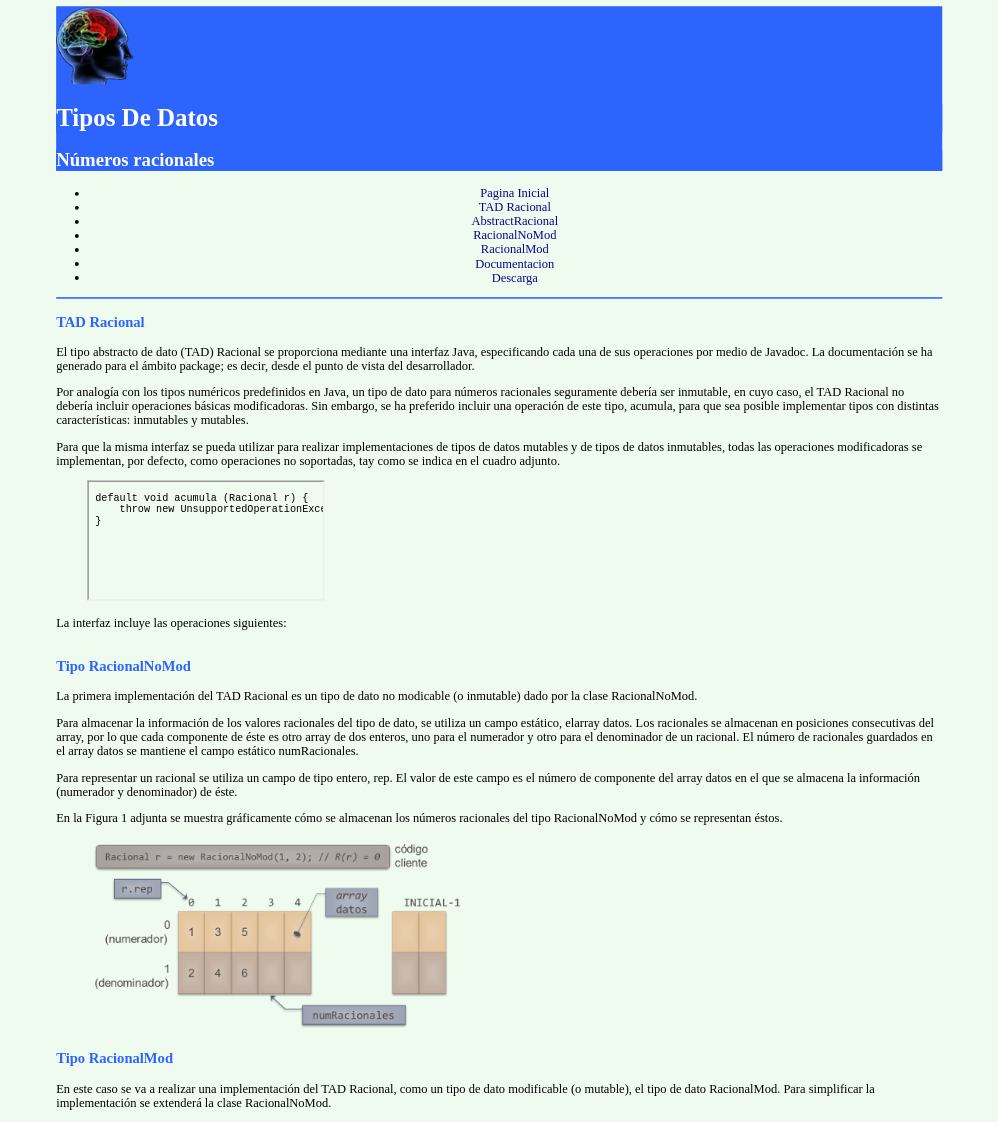
Repository: dgsama/Curso17
Page: SEW/WorkSpace/Practica02/html/index.html
The author's editor kept a copy of each file at every save. The page is drawn from the files as they stood at one save, then again after the next save.
The browser window is 1280 px wide. The pictures show the whole page, at 78% of full size.

Above is the page before, as saved 2016-10-05 10:42:35.

### SEW/WorkSpace/Practica02/html/index.html
<!DOCTYPE html>
<html lang="es">
<head>
<meta http-equiv="Content-Type" content="text/html; charset=utf8">
<link rel="stylesheet" type="text/css" href="css/estDatos.css">

<title>Tipo de Datos</title>
</head>
<body>
    <header>
        <img src="..\logo.png"> </img>
        <h1>Tipos De Datos</h1>
        <h2>Números racionales</h2>
    </header>

    <nav>
        <ul>
            <li><a href="index.html">Pagina Inicial</a></li>
            <li><a href="Racional.html">TAD Racional</a></li>
            <li><a href="AbstractRacional.html">AbstractRacional</a></li>
            <li><a href="RacionalNoMod.html">RacionalNoMod</a></li>
            <li><a href="RacionalMod.html">RacionalMod</a></li>
            <li><a href="Documentacion.html">Documentacion</a></li>
            <li><a href="Racionales.zip">Descarga</a></li>
        </ul>
    </nav>

    <section>
        <h3>TAD Racional</h3>
        <p>El tipo abstracto de dato (TAD) Racional se proporciona
            mediante una interfaz Java, especificando cada una de sus
            operaciones por medio de Javadoc. La documentación se ha
            generado para el ámbito package; es decir, desde el punto de
            vista del desarrollador.</p>
        <p>Por analogía con los tipos numéricos predefinidos en
            Java, un tipo de dato para números racionales seguramente
            debería ser inmutable, en cuyo caso, el TAD Racional no
            debería incluir operaciones básicas modificadoras. Sin
            embargo, se ha preferido incluir una operación de este tipo,
            acumula, para que sea posible implementar tipos con
            distintas características: inmutables y mutables.</p>
        <P>Para que la misma interfaz se pueda utilizar para
            realizar implementaciones de tipos de datos mutables y de
            tipos de datos inmutables, todas las operaciones
            modificadoras se implementan, por defecto, como operaciones
            no soportadas, tay como se indica en el cuadro adjunto.</p>

        <figure>
            <iframe src="..\noSoportado.html"> </iframe>
        </figure>

        <p>La interfaz incluye las operaciones siguientes:</p>
        <figure>
            <table>
            </table>
        </figure>

        <h3>Tipo RacionalNoMod</h3>
        <p>La primera implementación del TAD Racional es un tipo de
            dato no modicable (o inmutable) dado por la clase
            RacionalNoMod.</p>
        <p>Para almacenar la información de los valores racionales
            del tipo de dato, se utiliza un campo estático, elarray
            datos. Los racionales se almacenan en posiciones
            consecutivas del array, por lo que cada componente de éste
            es otro array de dos enteros, uno para el numerador y otro
            para el denominador de un racional. El número de racionales
            guardados en el array datos se mantiene el campo estático
            numRacionales.</p>
        <p>Para representar un racional se utiliza un campo de tipo
            entero, rep. El valor de este campo es el número de
            componente del array datos en el que se almacena la
            información (numerador y denominador) de éste.</p>
        <p>En la Figura 1 adjunta se muestra gráficamente cómo se
            almacenan los números racionales del tipo RacionalNoMod y
            cómo se representan éstos.</p>
        <figure>
            <img src="..\areaDatos.png">
        </figure>

        <h3>Tipo RacionalMod</h3>
        <p>En este caso se va a realizar una implementación del TAD
            Racional, como un tipo de dato modificable (o mutable), el
            tipo de dato RacionalMod. Para simplificar la implementación
            se extenderá la clase RacionalNoMod.</p>
    </section>


</body>

</html>

### SEW/WorkSpace/Practica02/html/css/estDatos.css
@charset "UTF-8";

#code iframe {
    width: 100%;
    height: 650px;
}

html {
    width: 90%;
    margin: auto;
    background-color: #EFFBEF;
}

header {
    background-color: #2E64FE;
}

h1 {
    color: white;
    background-color: #2E64FE;
}

h2 {
    color: white;
    background-color: #2E64FE;
}

h3 {
    color: #2E64FE;
}

ul {
    text-align: center;
}

a {
    color: #08088A;
    text-decoration: none;
}

a:hover {
    background: #0B0B61;
    color: #E6E6E6;
}

nav{
    border-bottom: solid 2px;
    border-color: #2E64FE;
}
}

### SEW/WorkSpace/Practica02/noSoportado.html
<!DOCTYPE html>
<html xmlns="http://www.w3.org/1999/xhtml" lang="es" xml:lang="es">
<head>
<meta charset="UTF-8"/>
<title>Operación no soportada</title>
</head>
<body>
    <pre><code class="source" lang="en"
    xml:lang="en">default void acumula (Racional r) {
    throw new UnsupportedOperationException();
}</code></pre>
</body>
</html>

After the next save:
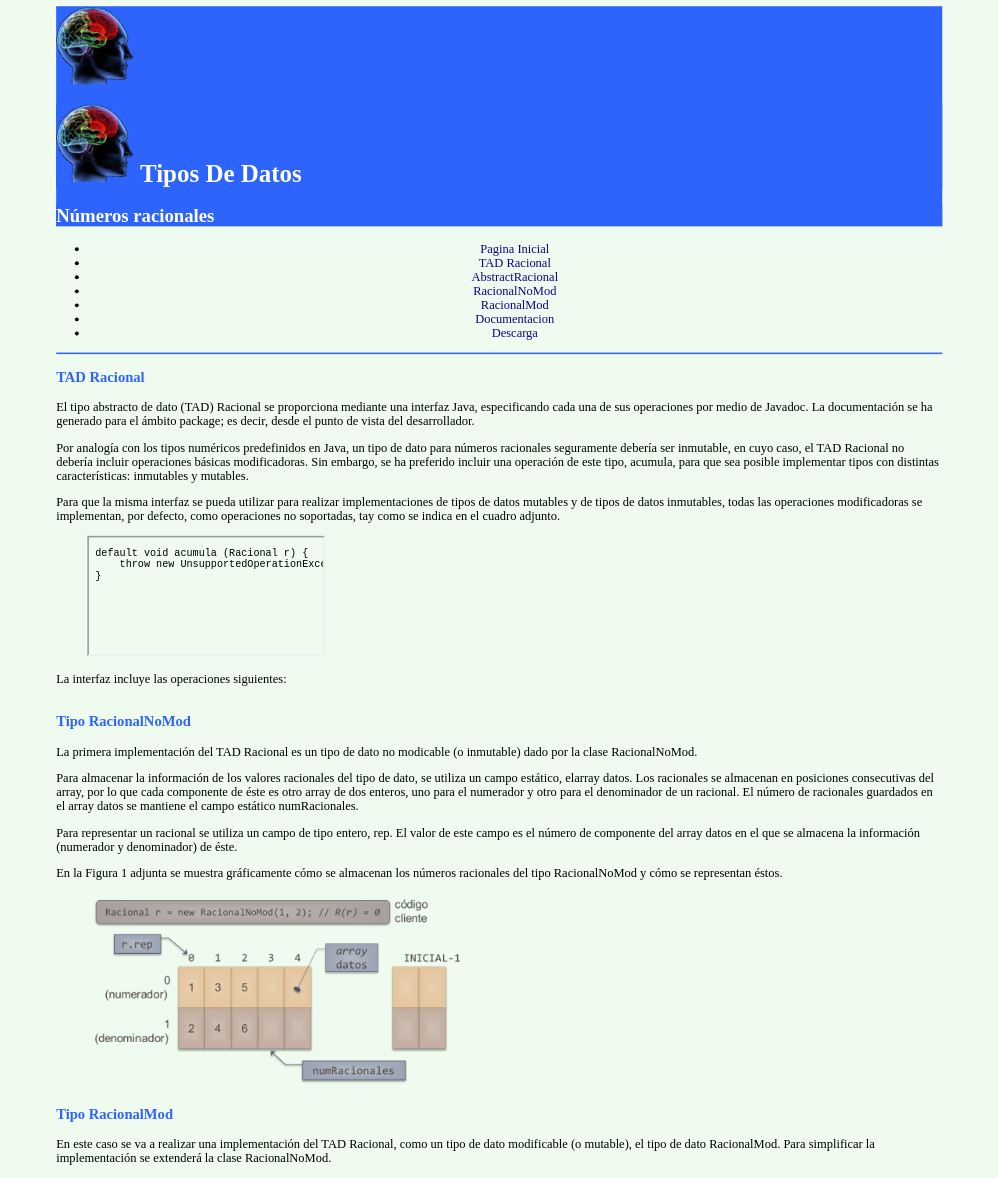
Saved 3 min 39 s later.
--- a/SEW/WorkSpace/Practica02/html/index.html
+++ b/SEW/WorkSpace/Practica02/html/index.html
@@ -9,7 +9,7 @@
 <body>
     <header>
         <img src="..\logo.png"> </img>
-        <h1>Tipos De Datos</h1>
+        <h1><img src="..\logo.png"> </img>Tipos De Datos</h1>
         <h2>Números racionales</h2>
     </header>
 
